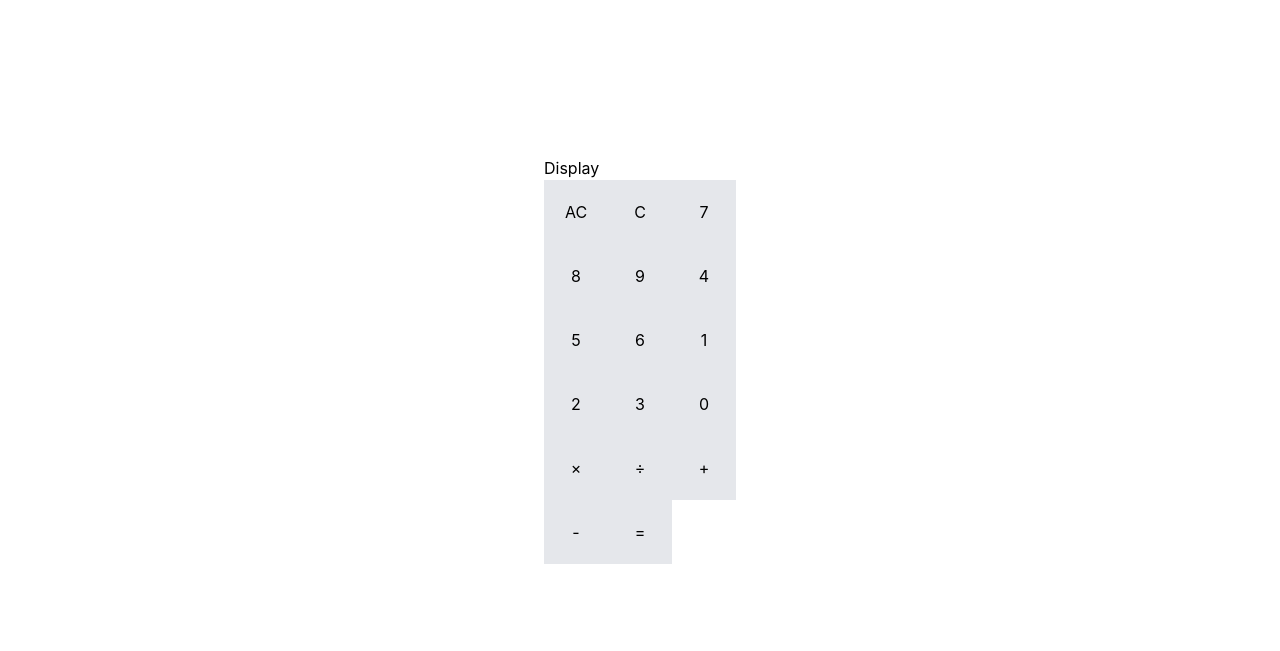
Repository: BrianPhamDev/calculator_app
Page: /
These files come from the project's save history. The page is drawn as it stood at one moment and after the next save; the edit follows.
The browser window is 1280 px wide. The pictures show the whole page.
The project was rebuilt for these pictures with package versions that can differ from the ones it lists, and the page was loaded fresh each time. Also part of the build but not shown: vite.config.js.

Above is the page before, as saved 2024-01-09 14:16:27.

After the next save:
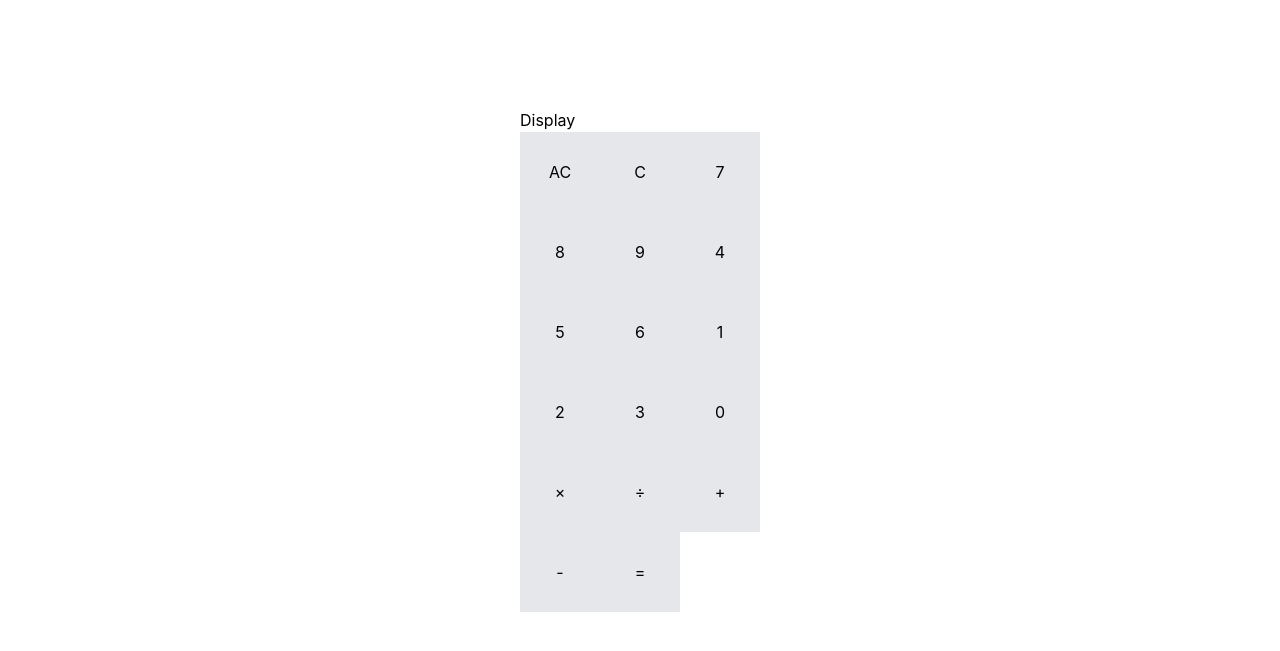
Saved 12 s later.
--- a/src/components/Calculator.jsx
+++ b/src/components/Calculator.jsx
@@ -9,7 +9,7 @@ const Calculator = () => {
           return (
             <div
               key={button.className}
-              className={`bg-gray-200 flex items-center justify-center w-16 h-16 hover:bg-slate-400`}
+              className={`bg-gray-200 flex items-center justify-center w-20 h-20 hover:bg-slate-400`}
             >
               {button.text}
             </div>
